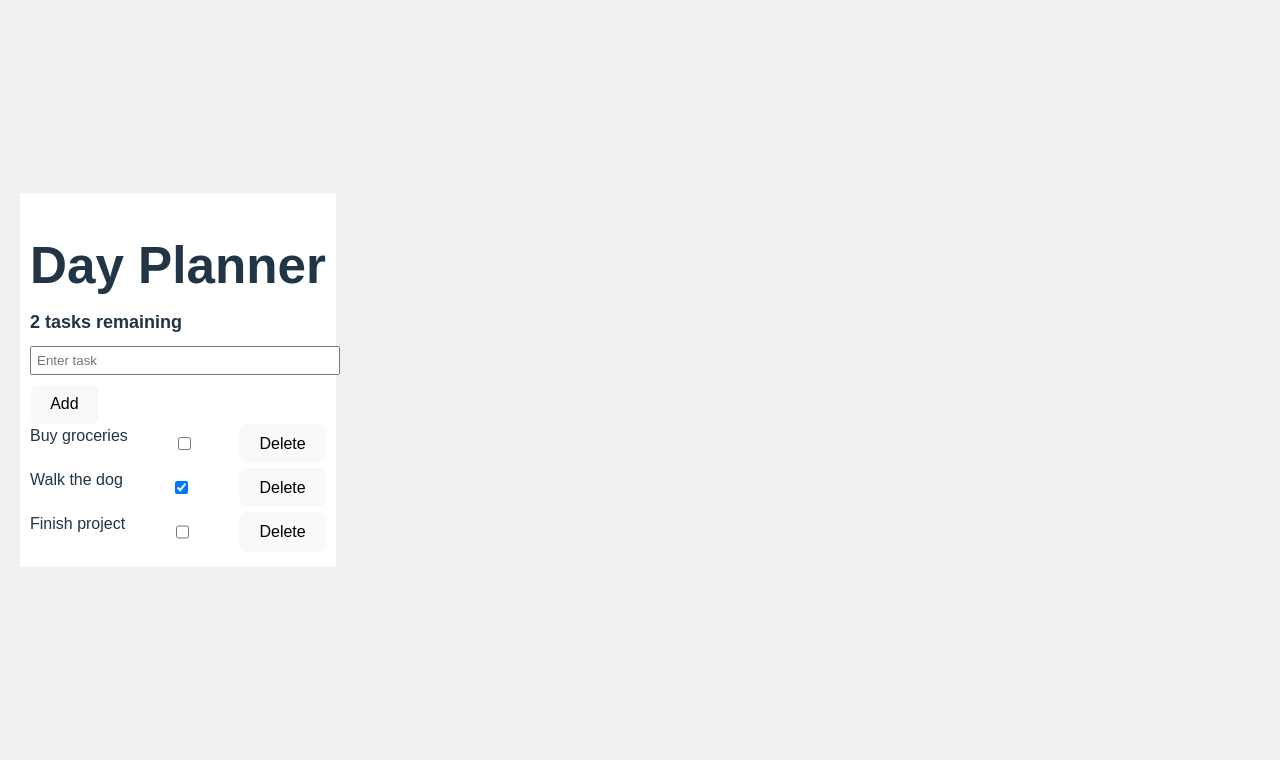
Repository: GavinPahal/lab5
Page: /
These files come from the project's save history. The page is drawn as it stood at one moment and after the next save; the edit follows.
The browser window is 1280 px wide. The pictures show the whole page.
The project was rebuilt for these pictures with package versions that can differ from the ones it lists, and the page was loaded fresh each time. Also part of the build but not shown: vite.config.js.

Above is the page before, as saved 2024-10-11 17:25:24.

### src/App.jsx
// src/App.jsx
import React, { useState } from 'react';
import Header from '../components/Header';
import TaskForm from '../components/TaskForm';
import TaskList from '../components/TaskList';
import './App.css';

function App() {
  // Initial state with predefined tasks
  const [tasks, setTasks] = useState([
    { id: 1, name: "Buy groceries", isCompleted: false },
    { id: 2, name: "Walk the dog", isCompleted: true },
    { id: 3, name: "Finish project", isCompleted: false },
  ]);

  // Add a new task
  const addTask = (name) => {
    setTasks([...tasks, { id: Date.now(), name, isCompleted: false }]);
  };

  // Toggle task completion
  const toggleComplete = (id) => {
    setTasks(
      tasks.map((task) =>
        task.id === id ? { ...task, isCompleted: !task.isCompleted } : task
      )
    );
  };

  // Remove a task
  const deleteTask = (id) => {
    setTasks(tasks.filter((task) => task.id !== id));
  };

  // Count of pending tasks
  const pendingTasksCount = tasks.filter((task) => !task.isCompleted).length;

  return (
    <div className="app">
      <Header pendingTasksCount={pendingTasksCount} />
      <TaskForm addTask={addTask} />
      <TaskList
        tasks={tasks}
        toggleComplete={toggleComplete}
        deleteTask={deleteTask}
      />
    </div>
  );
}

export default App;

### components/Header.jsx
// components/Header.jsx
import React from 'react';

function Header({ pendingTasksCount }) {
  return (
    <header>
      <h1>Day Planner</h1>
      <h2>{pendingTasksCount} tasks remaining</h2>
    </header>
  );
}

export default Header;

### components/TaskForm.jsx
// components/TaskForm.jsx
import React, { useState } from 'react';

function TaskForm({ addTask }) {
  const [taskName, setTaskName] = useState('');

  const handleSubmit = (e) => {
    e.preventDefault();
    if (taskName.trim()) {
      addTask(taskName);
      setTaskName('');
    }
  };

  return (
    <form onSubmit={handleSubmit}>
      <input
        type="text"
        value={taskName}
        onChange={(e) => setTaskName(e.target.value)}
        placeholder="Enter task"
      />
      <button type="submit">Add</button>
    </form>
  );
}

export default TaskForm;

### components/TaskList.jsx
// components/TaskList.jsx
import React from 'react';
import Task from './Task';

function TaskList({ tasks, toggleComplete, deleteTask }) {
  return (
    <div>
      {tasks.map((task) => (
        <Task
          key={task.id}
          task={task}
          toggleComplete={toggleComplete}
          deleteTask={deleteTask}
        />
      ))}
    </div>
  );
}

export default TaskList;

### src/App.css
/* src/App.css */
body {
  font-family: sans-serif;
  background-color: #f0f0f0;
  margin: 0;
  padding: 20px;
}

.app {
  background-color: white;
  padding: 10px;
}

h1, h2 {
  font-size: 18px;
  margin-bottom: 10px;
}

input[type="text"] {
  width: 100%;
  padding: 5px;
  margin-bottom: 10px;
}

button {
  padding: 5px;
}

.task {
  display: flex;
  justify-content: space-between;
  margin-bottom: 5px;
}

.completed span {
  text-decoration: line-through;
}

### components/Task.jsx
// components/Task.jsx
import React from 'react';

function Task({ task, toggleComplete, deleteTask }) {
  return (
    <div className="task">
      <span>{task.name}</span>
      <input
        type="checkbox"
        checked={task.isCompleted}
        onChange={() => toggleComplete(task.id)}
      />
      <button onClick={() => deleteTask(task.id)}>Delete</button>
    </div>
  );
}

export default Task;

Loaded but not shown: index.html (common file); src/main.jsx (common file); src/index.css (common file)

After the next save:
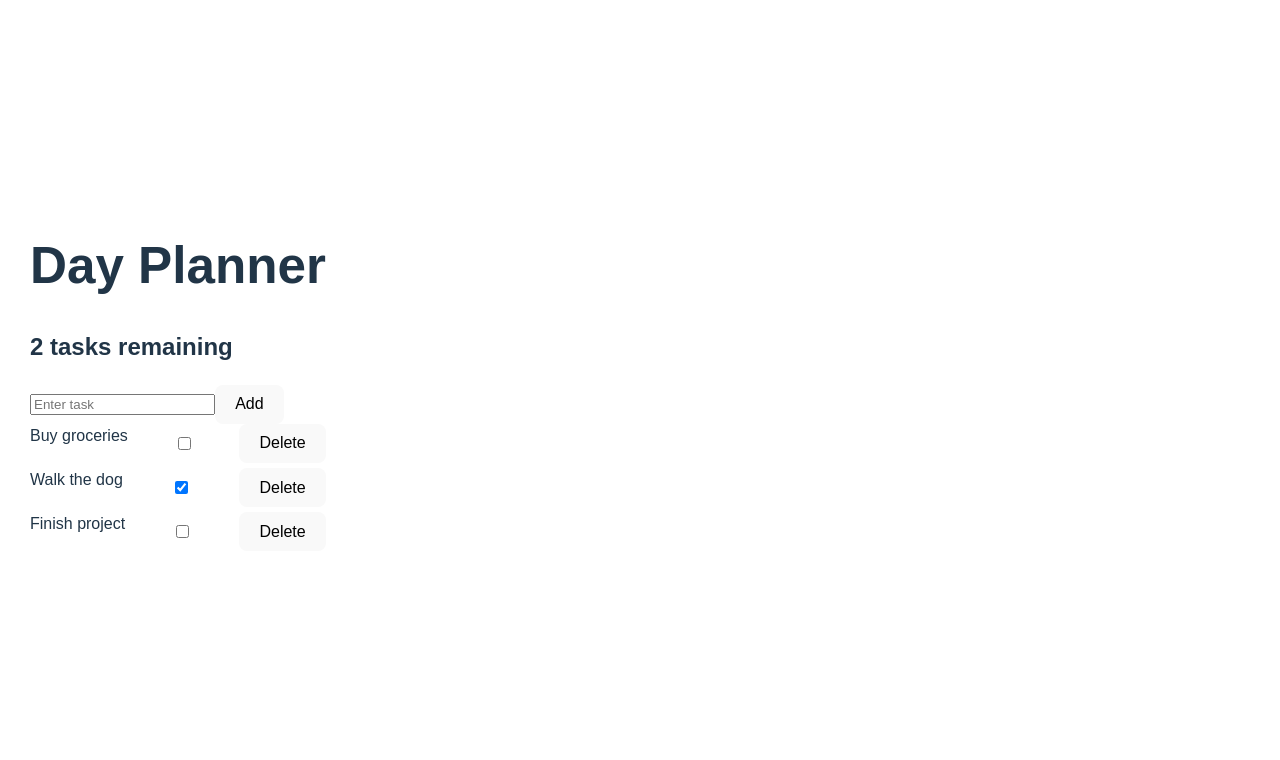
Saved 12 s later.
--- a/src/App.css
+++ b/src/App.css
@@ -1,29 +1,14 @@
 /* src/App.css */
 body {
   font-family: sans-serif;
-  background-color: #f0f0f0;
   margin: 0;
   padding: 20px;
 }
 
 .app {
-  background-color: white;
+  background-color: #fff;
   padding: 10px;
-}
-
-h1, h2 {
-  font-size: 18px;
-  margin-bottom: 10px;
-}
-
-input[type="text"] {
-  width: 100%;
-  padding: 5px;
-  margin-bottom: 10px;
-}
-
-button {
-  padding: 5px;
+  border-radius: 5px;
 }
 
 .task {
